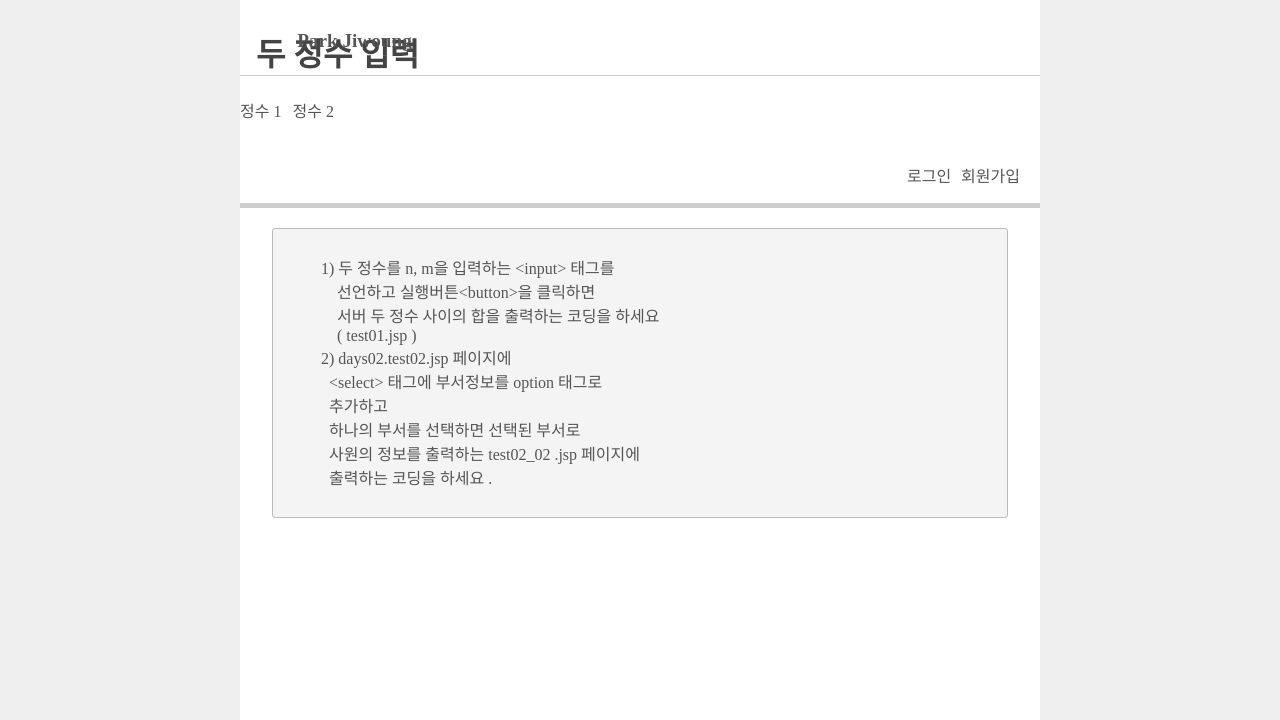
Repository: park-jiwoong/webClass
Page: http://localhost/jspPro/days02/test01.jsp
An editor plug-in stored every save of this project. The page is shown before and after the next save, followed by the edit.
The browser window is 1280 px wide. The pictures show the whole page.
Some web fonts or font styles are not loaded; a fallback is used. The page is served by Tomcat 9. Other server files are loaded and not shown.

Above is the page before, as saved 2025-05-22 00:17:34.

### webPro/src/main/webapp/JSPClass/jspPro/src/main/webapp/days02/test01.jsp
<%@ page contentType="text/html; charset=UTF-8" pageEncoding="UTF-8"%>
<!DOCTYPE html>
<html>
<head>
<meta charset="UTF-8">
<meta name="viewport" content="width=device-width, initial-scale=1.0">
<link rel="shortcut icon" type="image/x-icon" href="http://localhost/jspPro/images/SiSt.ico">
<title>2025. 5. 21. 오전 10:31:44</title>
<script src="https://ajax.googleapis.com/ajax/libs/jquery/3.7.1/jquery.min.js"></script>
<link rel="stylesheet" href="http://localhost/jspPro/resources/cdn-main/example.css">
<script src="http://localhost/jspPro/resources/cdn-main/example.js"></script>
	<style>
 	span.material-symbols-outlined{
    vertical-align: text-bottom;
 	}
	</style>
</head>
<body>
	<h1>두 정수 입력</h1>
	<form action="test01.jsp" method="get">
	<label for="num1">정수 1</label>
	<label for="num2">정수 2</label>
	</form>
<header>
    <h1 class="main"><a href="#" style="position: absolute;top:30px;">Park Jiwoung</a></h1>
    <ul>
        <li><a href="#">로그인</a></li>
        <li><a href="#">회원가입</a></li>
    </ul>
</header>
<div>
    <xmp class="code">
        1) 두 정수를 n, m을 입력하는 <input> 태그를
            선언하고 실행버튼<button>을 클릭하면
            서버 두 정수 사이의 합을 출력하는 코딩을 하세요
            ( test01.jsp )
     	2) days02.test02.jsp 페이지에
          <select> 태그에 부서정보를 option 태그로
          추가하고
          하나의 부서를 선택하면 선택된 부서로
          사원의 정보를 출력하는 test02_02 .jsp 페이지에
          출력하는 코딩을 하세요 .
    </xmp>
</div>
</body>
</html>

### webPro/src/main/webapp/JSPClass/jspPro/src/main/webapp/resources/cdn-main/example.css
@charset "UTF-8";

@import url('https://fonts.googleapis.com/css2?family=Material+Symbols+Outlined:opsz,wght,FILL,GRAD@20..48,100..700,0..1,-50..200');

@font-face {
    font-family: 'GmarketSansMedium';
    src: url('https://cdn.jsdelivr.net/gh/projectnoonnu/noonfonts_2001@1.1/GmarketSansMedium.woff') format('woff');
    font-weight: normal;
    font-style: normal;
}

:root {
	--text-color: #555;
	--sub-text-color: #777;
	--back-color: #EFEFEF;
	--header-color: #444;
	--primary-color: #DEDEDE;
	--secondary-color: #EFEFEF;
	--default-width: 800px;
	--narrow-width: 500px;
	--wide-width: 1200px;
	--text-font: 'GmarketSansMedium';
	--icon-font: 'Material Symbols Outlined';
	--border-color: #CCC;
}

html, body {
	margin: 0;
	padding: 0;
}

html {
	background-color: var(--back-color);
	display: flex;
	justify-content: center;
	min-height: 100vh;
}

body, body.default {
	width: var(--default-width);
	background-color: white;
	padding-bottom: 120px;
}

body.wide {
	width: var(--wide-width);
}

body.narrow {
	width: var(--narrow-width);
}



body, p, div, span, a, input, select, option, textarea, button, table, th, td, label, fieldset, legend {
	font-family: var(--text-font);
	color: var(--text-color);
}

h1, h2, h3 {
	font-family: var(--text-font);
	color: var(--header-color);
	padding: 0 1rem;
	padding-top: .5rem;
}

div > h1, div > h2, div > h3 {
	padding: 0;
}

body > div, body > main > div {
	padding: 0.3rem 1rem;
}


h1 { font-size: 2rem; border-bottom: 1px solid var(--border-color); }
h1 small { font-size: 1.2rem; color: var(--sub-text-color); }
h2 { font-size: 1.5rem; border-bottom: 1px dashed var(--border-color); }
h2 small { font-size: 1.1rem; color: --sub-text-color; }
h3 { font-size: 1.2rem; }
h3 small { font-size: 1rem; color: --sub-text-color; }



h1.main::before {
	font-family: var(--icon-font);
  	content: '\e666';
  	margin-right: 10px;
  	float: left;
	font-size: 2.5rem;
}

h1.sub::before {
	font-family: var(--icon-font);
  	content: '\ea19';
  	margin-right: 10px;
  	float: left;
	font-size: 2.5rem;
}


h1.page::before {
	font-family: var(--icon-font);
  	content: '\e0e0';
  	margin-right: 10px;
  	float: left;
	font-size: 2.5rem;
}

body > header > ul > li > .active{
	background-color: #FFF;
	color:#F00;
}

body > header {
	display: flex;
	justify-content: space-between;
	border-bottom: 5px solid var(--border-color);
	min-height: 74px;
	background-color: #FFF;
}

body > header.sticky {
	position: sticky;
	top: 0;
	z-index: 98;
}

body > header > h1 {
	font-size: 1.2rem;
	border: 0;
}

body > header.in > h1::before {
	font-family: var(--icon-font);
  	content: '\e332‥';
  	margin-right: 3px;
  	float: left;
	font-size: 2rem;
}


body > header > ul {
	list-style-type: none;
	display: flex;
	align-items: flex-end;
	margin-right: 10px;
}

body > header > ul > li {
	margin-right: 10px;
	cursor: pointer;
}

body > header > ul > li > a {
	cursor: pointer;
}


form {
	display: block;
}

form > div {
	padding: 0.3rem 1rem;
}

div > form > div {
	padding: 0.3rem 0;
}

input, textarea, button, select {
	border: 1px solid #BBB;
	border-radius: 3px;
	outline: none;
	resize: none;
	padding: 7px;
	margin: 0;
}

input[type=text]:read-only, textarea:read-only {
	cursor: not-allowed;
	background-color: #FFF;
}

input[type=text]:disabled, textarea:disabled {
	cursor: not-allowed;
	background-color: #EEE;
}

input[type=text], input[type=password], textarea, button, select {
	/* width: 300px; */
}

textarea {
	display: block;
	height: 100px;
}

input[type=button], input[type=submit], button {
	/* width: inherit; */
}

input.short, textarea.short, button.short, select.short {
	width: 100px;
}

input.long, textarea.long, button.long, select.long {
	width: 350px;
}

.narrow input.long, .narrow textarea.long, .narrow button.long, .narrow select.long {
	width: calc(100% - 20px);
}

input.full, textarea.full, button.full, select.full {
	width: calc(100% - 20px);
}

textarea.short {
	height: 50px;
}

textarea.long {
	height: 100px;
}

textarea.full {
	height: 200px;
}

input, textarea {
	padding-top: 8px;
}

input[type=button], input[type=submit], button {
	padding: 5px 10px;
	background-color: var(--secondary-color);
	cursor: pointer;
	min-height: 36px;
}

input[type=button].primary, input[type=submit].primary, button.primary {
	/* background-color: rgba(100, 149, 237, .2); */
	background-color: var(--primary-color);
}

input[type=button].primary:hover, input[type=submit].primary:hover, button.primary:hover {
	/* background-color: rgba(100, 149, 237, .3); */
	background-color: var(--secondary-color);
}

input[type=button]:hover, input[type=submit]:hover, button:hover {
	background-color: var(--primary-color);
}

button {
	position: relative;
	left: 0;
	top: 0;
	padding-left: 35px;
}

button .material-symbols-outlined {
	position: absolute;
	left: 10px;
	top: 4px;
}

/* k2nik add */
button.login::before {
	font-family: var(--icon-font);
  	content: '\ea77';
	position: absolute;
	left: 11px;
	top: 4px;
	font-size: 1.25rem;
}

/* k2nik logout */
button.logout::before {
	font-family: var(--icon-font);
  	content: '\e9ba';
	position: absolute;
	left: 11px;
	top: 4px;
	font-size: 1.25rem;
}

/* k2nik help */
button.help::before {
	font-family: var(--icon-font);
  	content: '\f1c0';
	position: absolute;
	left: 11px;
	top: 4px;
	font-size: 1.25rem;
}

button.add::before{
	font-family: var(--icon-font);
  	content: '\e746';
	position: absolute;
	left: 11px;
	top: 4px;
	font-size: 1.25rem;
}

button.back::before {
	font-family: var(--icon-font);
  	content: '\e166';
	position: absolute;
	left: 11px;
	top: 4px;
	font-size: 1.25rem;
}

button.list::before {
	font-family: var(--icon-font);
  	content: '\e0ee';
	position: absolute;
	left: 11px;
	top: 4px;
	font-size: 1.25rem;
}


button.del::before {
	font-family: var(--icon-font);
  	content: '\e872';
	position: absolute;
	left: 11px;
	top: 4px;
	font-size: 1.25rem;
}

button.alldel::before {
	font-family: var(--icon-font);
  	content: '\e92b';
	position: absolute;
	left: 11px;
	top: 4px;
	font-size: 1.25rem;
}


button.edit::before {
	font-family: var(--icon-font);
  	content: '\e745';
	position: absolute;
	left: 11px;
	top: 4px;
	font-size: 1.25rem;
}


button.login::before {
	font-family: var(--icon-font);
  	content: '\ea77';
	position: absolute;
	left: 11px;
	top: 4px;
	font-size: 1.25rem;
}


button.logout::before {
	font-family: var(--icon-font);
  	content: '\e9ba';
	position: absolute;
	left: 11px;
	top: 4px;
	font-size: 1.25rem;
}


button.in::before {
	font-family: var(--icon-font);
  	content: '\f71a';
	position: absolute;
	left: 11px;
	top: 4px;
	font-size: 1.25rem;
}


button.out::before {
	font-family: var(--icon-font);
  	content: '\f70e';
	position: absolute;
	left: 11px;
	top: 4px;
	font-size: 1.25rem;
}


button.reply::before {
	font-family: var(--icon-font);
  	content: '\e15e';
	position: absolute;
	left: 11px;
	top: 4px;
	font-size: 1.25rem;
}


button.comment::before {
	font-family: var(--icon-font);
  	content: '\e0b9';
	position: absolute;
	left: 11px;
	top: 4px;
	font-size: 1.25rem;
}


button.modal::before {
	font-family: var(--icon-font);
  	content: '\e89e';
	position: absolute;
	left: 11px;
	top: 4px;
	font-size: 1.25rem;
}


button.ok::before {
	font-family: var(--icon-font);
  	content: '\e86c';
	position: absolute;
	left: 11px;
	top: 4px;
	font-size: 1.25rem;
}


button.cancel::before {
	font-family: var(--icon-font);
  	content: '\e5c9';
	position: absolute;
	left: 11px;
	top: 4px;
	font-size: 1.25rem;
}

button.search::before {
	font-family: var(--icon-font);
  	content: '\e8b6';
	position: absolute;
	left: 11px;
	top: 4px;
	font-size: 1.25rem;
}

button.home::before {
	font-family: var(--icon-font);
  	content: '\e88a';
	position: absolute;
	left: 11px;
	top: 4px;
	font-size: 1.25rem;
}


button.sidebar::before {
	font-family: var(--icon-font);
  	content: '\f7e4';
	position: absolute;
	left: 11px;
	top: 4px;
	font-size: 1.25rem;
}


button.sidebar-right::before {
	font-family: var(--icon-font);
  	content: '\f7e5';
	position: absolute;
	left: 11px;
	top: 4px;
	font-size: 1.25rem;
}




button::before {
	font-family: var(--icon-font);
  	content: '\e323';
	position: absolute;
	left: 11px;
	top: 4px;
	font-size: 1.25rem;
}


table {
	border-collapse: collapse;
	margin: 1rem;
	box-sizing: border-box;
	width: calc(100% - 32px);
}

table.content {
	width: auto;
}

div > table {
	margin: 0;
}

table th, table td {
	border: 1px solid var(--border-color);
	padding: 7px;
	font-weight: normal;
}

table th {
	background-color: var(--back-color);
}

table.vertical th {
	width: 150px;
}

table.vertical td {
	width: calc(100% - 182px);
	padding-left: 10px;
}

table.content td, table.content th {
	width: auto;
}

body.narrow table.vertical th {
	width: 100px;
}

body.narrow table.vertical td {
	width: calc(100% - 182px);
}


table + table {
	margin-top: 30px;
}


p {
	padding: 0 1rem;
}

a {
	text-decoration: none;
}

a:hover {
	color: rgba(255, 99, 71, .7);
}

hr {
	border: 0;
	border-top: 1px solid var(--border-color);
	margin: 2rem 0;
}

.message {
	border: 1px solid var(--border-color);
	background-color: #EFEFEF;
	margin: 1rem;
	width: auto;
	padding-top: 10px;
	padding-bottom: 10px;
	font-size: 14px;
}

.message[title]::before {
	content: attr(title);
	display: block;
	border-bottom: 1px solid var(--border-color);
	padding-bottom: 5px;
	margin-bottom: 10px;
	margin-top: 7px;
}

.message.short {
	max-width: 250px;
}

.message.long {
	max-width: 500px;
}

.badge {
	float: right;
	font-size: .8rem;
	margin-top: 2px;
	margin-right: 2px;
	text-shadow: 0 0 7px gray;
}

.badge.left {
	float: none;
	margin-left: 2px;
}

.badge.right {
	float: right;
}

.badge.red {
	border-radius: 50%;
	padding: 2px 5px;
	background-color: rgb(255, 99, 71, .3);
}

.badge.yellow {

	border-radius: 50%;
	padding: 2px 5px;
	background-color: rgb(255, 215, 0, .5);
}

.badge.blue {
	border-radius: 50%;
	padding: 2px 5px;
	background-color: rgb(100, 149, 237, .3);
}

label + label {
	margin-left: 7px;
}

label input[type=checkbox], label input[type=radio] {
	transform: translate(0, 1px);
}

.group {
	display: flex;
}

.modal-content .group {
	margin-bottom: .5rem;
}

.group label {
	border: 1px solid #BBB;
	border-radius: 3px;
	outline: none;
	resize: none;
	padding: 7px 14px;
	margin: 0;
	border-top-right-radius: 0;
	border-bottom-right-radius: 0;
	background-color: #EFEFEF;
	white-space: nowrap;
	font-size: 14px;
}

.group input[type=text] {
	margin-left: -1px;
	border-top-left-radius: 0;
	border-bottom-left-radius: 0;
}

.group select {
	margin-left: -1px;
	border-top-left-radius: 0;
	border-bottom-left-radius: 0;
}

.group input.full[type=text] {
	margin-left: -1px;
	border-top-left-radius: 0;
	border-bottom-left-radius: 0;
	width: 100%;
}

.group input[type=button]:first-child, .group button:first-child {
	border-top-left-radius: 3px;
	border-bottom-left-radius: 3px;
	margin-left: 0px;
}

.group input[type=button], .group button {
	border-radius: 0;
	margin-left: -1px;
}

.group input[type=button]:last-child, .group button:last-child {
	margin-left: -1px;
	border-top-right-radius: 3px;
	border-bottom-right-radius: 3px;
}

.seperate {
	display: flex;
	justify-content: space-between;
}

div.list {
	width: max-content;
	margin: 1rem;
	border: 1px solid #BBB;
	border-radius: 3px;
	padding: 0;
}

div.list.full {
	width: auto;
	display: block;
	margin: 1rem;
	border: 1px solid #BBB;
	border-radius: 3px;
	padding: 0;
}

div.list > div {
	padding: .5rem 1rem;
	margin: 0;
	border-bottom: 1px solid #BBB;
}

div.list > div:last-child {
	border-bottom: 0;
}

pre.code , xmp.code{
	font-family: consols;
	background-color: rgba(150, 150, 150, .1);
	border: 1px solid #BBB;
	border-radius: 3px;
	padding: .5rem 1rem;
	padding-bottom: .6rem;
	margin: 1rem;
}




*[data-modal-window] {
	position: fixed;
	background-color: rgba(0, 0, 0, .3);
	left: 0;
	top: 0;
	display: none;
	justify-content: center;
	align-items: flex-start;
	width: 100%;
	min-height: 100vh;
	z-index: 100;
	opacity: 0;
	transition: 500ms all;
}

*[data-modal-window] .modal-container {
	border-radius: 5px;
	padding: 1rem;
	padding-bottom: .5rem;
	margin-top: -500px;
	opacity: 0;
	width: 500px;
	background-color: #FFF;
	margin-right: 2rem;
	transition: 500ms all;
}

*[data-modal-size=content] .modal-container {
	width: auto;
}

*[data-modal-size=narrow] .modal-container {
	width: 300px;
}

*[data-modal-size=wide] .modal-container {
	width: 760px;
}


*[data-modal-window] .modal-header {
	border-bottom: 1px solid var(--border-color);
	padding: 2px 5px;
}

*[data-modal-window] .modal-content {
	padding: 1rem 5px;
}

*[data-modal-window] .modal-content div:last-child {
	margin-top: 1rem;
	text-align: right;
}



*[data-sidebar-window] {
	position: fixed;
	background-color: #FFF;
	left: 0;
	top: 0;
	display: block;
	width: 300px;
	border-right: 1px solid var(--border-color);
	box-sizing: border-box;
	box-shadow: 0 0 3px var(--back-color);
	min-height: 100vh;
	z-index: 99;
	transform: translate(-300px, 0);
	transition-duration: 500ms;
	transition-property: transform;
}

*[data-sidebar-direction=right] {
	left: auto;
	right: 0;
	transform: translate(300px, 0);
	border-left: 1px solid var(--border-color);
}

*[data-sidebar-size=wide] {
	width: 500px;
	transform: translate(-500px, 0);
}

*[data-sidebar-window] .sidebar-title {
	border-bottom: 1px solid var(--border-color);
	margin-top: 20px;
	margin-bottom: 20px;
	padding-bottom: 5px;
	display: flex;
	justify-content: space-between;
}

*[data-sidebar-window] .sidebar-title span:last-child {
	cursor: pointer;
}


/* K2Nik pagination */
.center {
  text-align: center;
}

.pagination {
  display: inline-block;
}

.pagination a {
  color: black;
  float: left;
  padding: 3px 6px;
  text-decoration: none;
  transition: background-color .3s;
  border: 1px solid #ddd;
  margin: 0 3px;
}

.pagination a.active {
  background-color: #4CAF50;
  color: white;
  border: 1px solid #4CAF50;
}

.pagination a:hover:not(.active) {background-color: #ddd;}

### webPro/src/main/webapp/JSPClass/jspPro/src/main/webapp/resources/cdn-main/example.js

window.onload = () => {

    const list = document.querySelectorAll('input, textarea');

    list.forEach(item => {
        item.setAttribute('autocomplete', 'off');
    });


    const modal_btn_list = document.querySelectorAll('*[data-modal-button]');

    modal_btn_list.forEach(item => {
        item.onclick = function() {

            const name = this.dataset['modalButton'];
            const modal_window = document.querySelector('*[data-modal-window=' + name);

            const container = document.createElement('div');
            container.className = 'modal-container';



            const modal_header = document.createElement('div');
            modal_header.textContent = modal_window.dataset['modalTitle'];
            modal_header.className = 'modal-header';
            container.appendChild(modal_header);

            const modal_content = document.createElement('div');
            modal_content.className = 'modal-content';
            container.appendChild(modal_content);

            Array.from(modal_window.childNodes).forEach(item => {
                modal_content.appendChild(item);
            });

            modal_window.appendChild(container);

            modal_window.style.display = 'flex';

            setTimeout(() => {
                modal_window.style.opacity = 1;
                container.style.marginTop = '20px';
                container.style.opacity = 1;
            }, 50);


            const modal_ok = document.querySelector('*[data-modal-ok=' + name);
            modal_ok.addEventListener('click', function() {
                modal_window.style.opacity = 0;
                container.style.marginTop = '-500px';
                container.style.opacity = 0;

                setTimeout(() => {
                    modal_window.innerHTML = modal_content.innerHTML;
                    modal_window.style.display = 'none';
                }, 500);

            });

            const modal_cancel = document.querySelector('*[data-modal-cancel=' + name);
            modal_cancel.addEventListener('click', function() {

                modal_window.style.opacity = 0;
                container.style.marginTop = '-500px';
                container.style.opacity = 0;

                setTimeout(() => {
                    modal_window.innerHTML = modal_content.innerHTML;
                    modal_window.style.display = 'none';
                }, 500);
            });


        };
    });


    const sidebar_btn_list = document.querySelectorAll('*[data-sidebar-button]');

    sidebar_btn_list.forEach(item => {
        item.onclick = function() {



            const name = this.dataset['sidebarButton'];
            const sidebar_window = document.querySelector('*[data-sidebar-window=' + name);

            if (sidebar_window.style.transform == 'translate(0px, 0px)') return;



            sidebar_window.style.transform = 'translate(0, 0)';

            const sidebar_title = document.createElement('div');
            sidebar_title.className = 'sidebar-title';
            sidebar_title.innerHTML = '<span>' + sidebar_window.dataset['sidebarTitle'] + '</span><span class="material-symbols-outlined">close</span>';

            sidebar_title.children[1].onclick = function() {

                let sign = 1;
                let distance = 300;

                if (sidebar_window.dataset['sidebarDirection'] != 'right') {
                    sign = -1;
                } else {
                    sign = 1;
                }

                if (sidebar_window.dataset['sidebarSize'] != 'wide') {
                    distance = 300;
                } else {
                    distance = 500;
                }

                distance *= sign;

                sidebar_window.style.transform = 'translate(' + distance + 'px, 0)';

                setTimeout(function() {
                    sidebar_window.removeChild(sidebar_window.children[0]);
                }, 500);
            };


            sidebar_window.prepend(sidebar_title);

        }
    });

};

// window.onkeydown = function(event) {

//     if (event.keyCode == 27) {
//         if (document.querySelector('[data-modal-window').style.display == 'flex') {
//             document.querySelector('[data-modal-window').style.display = 'none';
//         }
//     }

// };

After the next save:
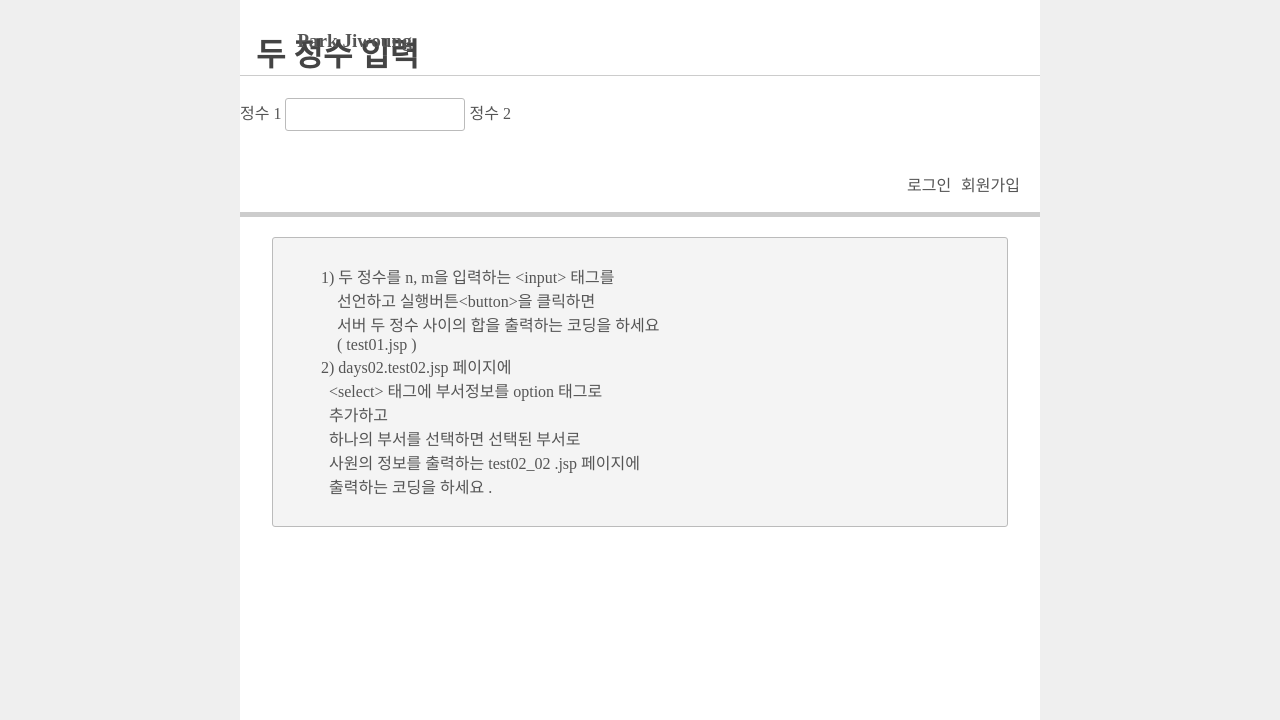
Saved 96 s later.
--- a/webPro/src/main/webapp/JSPClass/jspPro/src/main/webapp/days02/test01.jsp
+++ b/webPro/src/main/webapp/JSPClass/jspPro/src/main/webapp/days02/test01.jsp
@@ -19,6 +19,7 @@
 	<h1>두 정수 입력</h1>
 	<form action="test01.jsp" method="get">
 	<label for="num1">정수 1</label>
+	<input type="number" name="num1">
 	<label for="num2">정수 2</label>
 	</form>
 <header>
